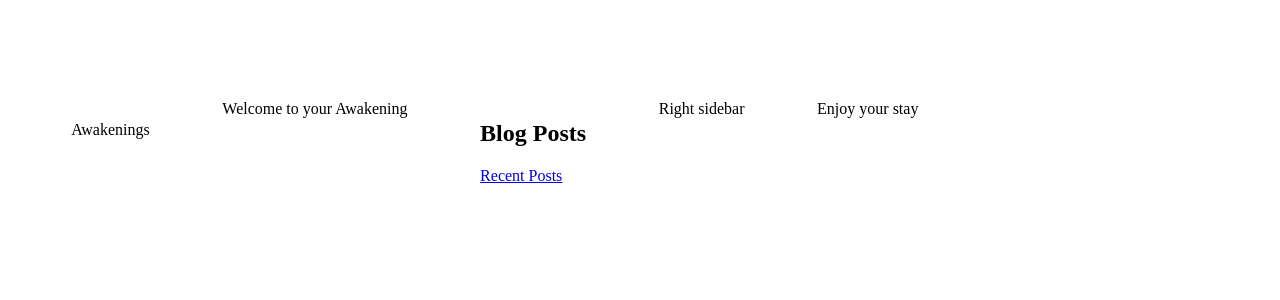
Repository: Gregg-Hendrix/blog-project
Page: index.html
An editor plug-in stored every save of this project. The page is shown before and after the next save, followed by the edit.
The browser window is 1280 px wide. The pictures show the whole page.

Above is the page before, as saved 2021-03-15 14:05:48.

After the next save:
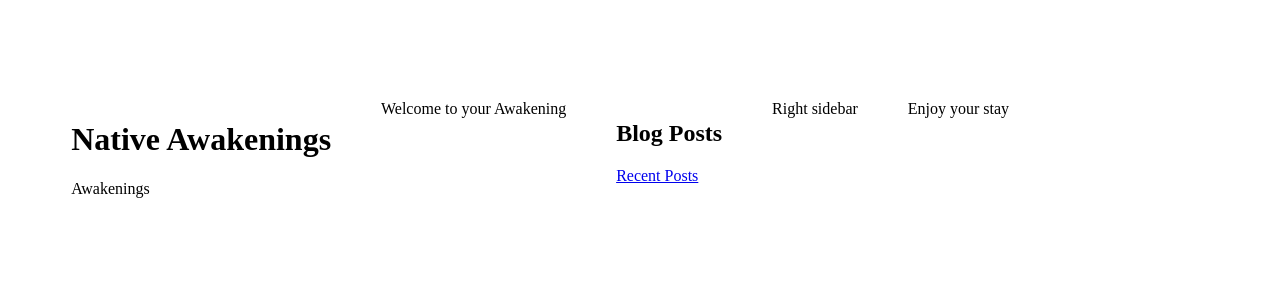
Saved 7 s later.
--- a/index.html
+++ b/index.html
@@ -9,7 +9,7 @@
          </head>
     <body>
 <div class="container">
-  <header><h1></h1> Awakenings</header>
+  <header><h1>Native Awakenings</h1> Awakenings</header>
   <main>Welcome to your Awakening</main>
   <aside class="left-sidebar"><h1>Blog Posts</h1><a href="meditation.html">Recent Posts</a></aside>
   <aside class="right-sidebar">Right sidebar</aside>
